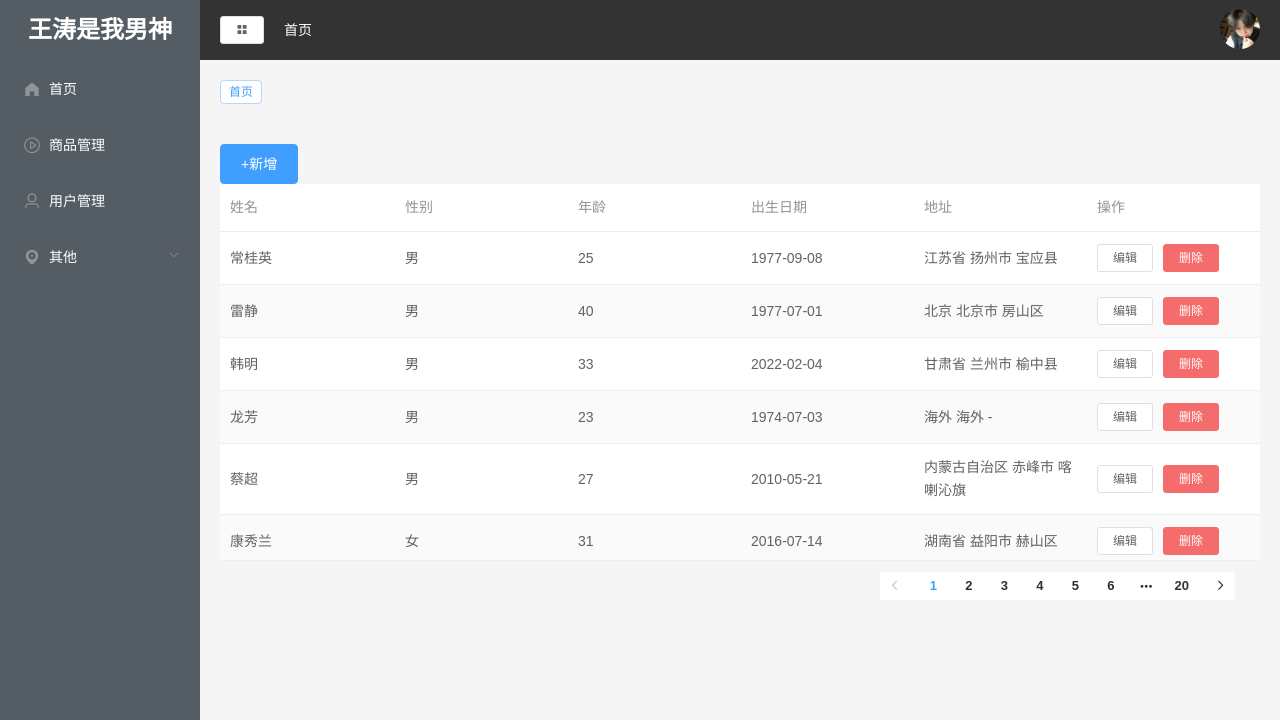
Repository: wangtao20230308/-
Page: /user
These files come from the project's save history. The page is drawn as it stood at one moment and after the next save; the edit follows.
The browser window is 1280 px wide. The pictures show the whole page.
The project was rebuilt for these pictures with package versions that can differ from the ones it lists, and the page was loaded fresh each time. Also part of the build but not shown: src/views/Home.vue, src/views/Mall.vue, src/views/PageOne.vue, src/views/PageTwo.vue.

Above is the page before, as saved 2023-03-27 13:44:02.

### src/main.js
import Vue from 'vue'
import App from './App.vue'
// //element-ui全局引入
// import ElementUI from 'element-ui';
// import 'element-ui/lib/theme-chalk/index.css';
// //element-ui转换成一个插件
// Vue.use(ElementUI);

//ele按需导入
import {
  Pagination,
  MessageBox,
  DatePicker,
  Select,
  Option,
  Form,
  FormItem,
  Input,
  Dialog,
  Tag,
  Breadcrumb,
  BreadcrumbItem,
  Table,
  TableColumn,
  Col,
  Row,
  Card,
  Button,
  Radio,
  Container,
  Aside,
  Header,
  Main,
  Menu,
  Submenu,
  MenuItemGroup,
  MenuItem,
  Dropdown,
  DropdownMenu,
  DropdownItem,
} from 'element-ui'
import 'element-ui/lib/theme-chalk/index.css'
import './assets/less/index.less'
Vue.use(Button)
Vue.use(Radio)
Vue.use(Container)
Vue.use(Aside)
Vue.use(Header)
Vue.use(Main)
Vue.use(Menu)
Vue.use(Submenu)
Vue.use(MenuItemGroup)
Vue.use(MenuItem)
Vue.use(Dropdown)
Vue.use(DropdownMenu)
Vue.use(DropdownItem)
Vue.use(Card)
Vue.use(Row)
Vue.use(Col)
Vue.use(Table)
Vue.use(TableColumn)
Vue.use(Breadcrumb)
Vue.use(BreadcrumbItem)
Vue.use(Tag)
Vue.use(Dialog)
Vue.use(Form)
Vue.use(FormItem)
Vue.use(Input)
Vue.use(Select)
Vue.use(Option)
Vue.use(DatePicker)
Vue.use(Pagination)

Vue.component(MessageBox.name, MessageBox) // 全局注册组件， 若使用Vue.use()会再初始时候执行一次，有bug
Vue.prototype.$message = MessageBox // 挂载到vm实例上
Vue.prototype.$confirm = MessageBox // 挂载到vm实例上

//路由引入
import router from './router'
import store from './store'
import './api/mock'

Vue.config.productionTip = false

new Vue({
  router,
  store, //把store挂载到vue实例上
  render: (h) => h(App),
}).$mount('#app')

### src/App.vue
<template>
  <div id="app">
    <router-view></router-view>
  </div>
</template>

<script>
//import HelloWorld from './components/HelloWorld.vue'

export default {
  name: 'App',
  components: {
    //HelloWorld
  },
}
</script>

<style lang="less">
html,
body,
h3,
p {
  padding: 0;
  margin: 0;
}
#app {
  height: 100vh;
}
</style>

### src/router/index.js
//import { hasOwnMetadata } from 'core-js/fn/reflect'
import Vue from 'vue'
import VueRouter from 'vue-router'
import Main from '../views/Main.vue'
import Home from '../views/Home.vue'
import User from '../views/User.vue'
import Mall from '../views/Mall.vue'
import PageOne from '../views/PageOne.vue'
import PageTwo from '../views/PageTwo.vue'

Vue.use(VueRouter)

const routes = [
  //主路由
  {
    path: '/',
    name: 'Main',
    //按需引入组件
    //原型：component: import()
    component: Main,
    redirect: '/home',
    children: [
      //子路由（嵌套路由）
      {
        //首页
        path: 'home',
        name: 'home',
        component: Home,
      },
      {
        //用户页
        path: 'user',
        name: 'user',
        component: User,
      },
      {
        //商品管理
        path: 'mall',
        name: 'mall',
        component: Mall,
      },
      {
        //页面1
        path: 'page1',
        name: 'page1',
        component: PageOne,
      },
      {
        //页面2
        path: 'page2',
        name: 'page2',
        component: PageTwo,
      },
      // {
      //   path: '/user',
      //   name: 'user',
      //   //按需引入组件
      //   //原型：component: import()
      //   component: () => import('../views/User')
      // }
    ],
  },
]

// new VueRouter({
//   mode: 'history',
// })
const router = new VueRouter({
  mode: 'history',
  routes,
})

//导出路由
export default router

### src/store/index.js
import Vue from 'vue'
import Vuex from 'vuex'
import tab from './tab'

//全局注入状态管理vuex
Vue.use(Vuex)

//创建vuex的实例
export default new Vuex.Store({
  modules: {
    tab,
  },
})

### src/api/mock.js
import Mock from 'mockjs'
import homeApi from './mockServeData/home'
import user from './mockServeData/user'

//定义mock请求拦截
// Mock.mock('/api/home/getData', 'get', function () {
//   //拦截到请求后的处理逻辑
//   console.log('拦截到了')
//   return 1
// })
Mock.mock('/api/home/getData', 'get', homeApi.getStatisticalData)

//用户列表的数据
Mock.mock('/api/user/add', 'post', user.createUser) //新增
Mock.mock('/api/user/edit', 'post', user.updateUser) //编辑
Mock.mock('/api/user/del', 'post', user.deleteUser) //删除
Mock.mock(/api\/user\/getUser/, 'get', user.getUserList) //获取表格数据

### src/assets/less/home.less
.home {
    .user {
      display: flex;
      align-items: center;
      padding-bottom: 20px;
      margin-bottom: 20px;
      border-bottom: 1px solid #ccc;
      img {
        width: 150px;
        height: 150px;
        border-radius: 50%;
        margin-right: 40px;
      }
      &info {
        .name {
          font-size: 32px;
          margin-bottom: 10px;
        }
        .access {
          color: #999999;
        }
      }
    }
    .login-info {
      p {
        line-height: 28px;
        font-size: 14px;
        color: #999999;
        span {
          color: #666666;
          margin-left: 60px;
        }
      }
    }
    .num {
      display: flex;
      flex-wrap: wrap;
      justify-content: space-between;
      .el-card {
        width: 32%;
        margin-bottom: 20px;
      }
      .icon {
        font-size: 30px;
        width: 80px;
        height: 80px;
        text-align: center;
        line-height: 80px;
        color: #fff;
      }
      .detail {
        margin-left: 15px;
        display: flex;
        flex-direction: column;
        justify-content: center;
        .num {
          font-size: 30px;
          margin-bottom: 10px;
        }
        .txt {
          font-size: 14px;
          text-align: center;
          color: #999999;
        }
      }
    }
    .graph {
      margin-top: 20px;
      display: flex;
      justify-content: space-between;
      .el-card {
        width: 48%;
      }
    }
  }

### src/views/Main.vue
<template>
  <el-container style="height: 100%">
    <el-aside width="auto">
      <!-- aside -->
      <common-aside></common-aside>
    </el-aside>
    <el-container>
      <el-header>
        <!-- Header -->
        <common-header></common-header>
      </el-header>
      <common-tag />
      <el-main>
        <!-- 路由出口，匹配到的组件都渲染在这里 -->
        <router-view></router-view>
      </el-main>
    </el-container>
  </el-container>
</template>

<script>
import CommonAside from '../components/CommonAside.vue'
import CommonHeader from '../components/CommonHeader.vue'
import commonTag from '../components/commonTag.vue'
export default {
  name: 'Main',
  components: {
    CommonAside,
    CommonHeader,
    commonTag,
  },
  data() {
    return {}
  },
}
</script>

<style lang="less" scoped>
.el-header {
  background-color: #333;
}
// .el-main {
//   padding-top: 0;
// }
</style>

### src/views/User.vue
<template>
  <div class="manage">
    <div>
      <el-dialog title="提示" :visible.sync="dialogVisible" width="50%" :before-close="handleClose">
        <!-- 用户的表单信息 -->
        <el-form ref="form" :model="form" label-width="80px" :inline="true" :rules="rules">
          <el-form-item label="姓名" prop="name">
            <el-input placeholder="请输入姓名" v-model="form.name"></el-input>
          </el-form-item>
          <el-form-item label="年龄" prop="age">
            <el-input placeholder="请输入年龄" v-model="form.age"></el-input>
          </el-form-item>
          <el-form-item label="性别" prop="sex">
            <el-select v-model="form.sex" placeholder="请选择">
              <el-option label="男" :value="1"></el-option>
              <el-option label="女" :value="0"></el-option>
            </el-select>
          </el-form-item>
          <el-form-item label="出生日期" prop="birth">
            <el-date-picker v-model="form.birth" type="datetime" placeholder="选择日期时间" value-format="yyyy-DD-MM"> </el-date-picker>
          </el-form-item>
          <el-form-item label="地址" prop="addr">
            <el-input placeholder="请输入地址" v-model="form.addr"></el-input>
          </el-form-item>
        </el-form>
        <span slot="footer" class="dialog-footer">
          <el-button @click="cancel">取 消</el-button>
          <el-button type="primary" @click="submit">确 定</el-button>
        </span>
      </el-dialog>
    </div>
    <div class="manage-header">
      <el-button type="primary" @click="handleAdd">+新增</el-button>
      <!-- form搜索区域 -->
      <el-form :model="serchForm"> </el-form>
    </div>
    <div class="common-table">
      <el-table :data="tableData" style="width: 100%" height="90%" stripe>
        <el-table-column prop="name" label="姓名"> </el-table-column>
        <el-table-column prop="sex" label="性别">
          <template slot-scope="scope">
            <span>{{ scope.row.sex === 1 ? '男' : '女' }}</span>
          </template>
        </el-table-column>
        <el-table-column prop="age" label="年龄"> </el-table-column>
        <el-table-column prop="birth" label="出生日期"> </el-table-column>
        <el-table-column prop="addr" label="地址"> </el-table-column>
        <el-table-column prop="action" label="操作">
          <template slot-scope="scope">
            <el-button size="mini" @click="handleEidt(scope.row)">编辑</el-button>
            <el-button size="mini" type="danger" @click="handleDelete(scope.row)">删除</el-button>
          </template>
        </el-table-column>
      </el-table>
      <div class="pager">
        <el-pagination layout="prev, pager, next" :total="total" @current-change="handlePage"> </el-pagination>
      </div>
    </div>
  </div>
</template>
<script>
import { getUser, addUser, editUser, delUser } from '../api'
export default {
  name: 'User',
  data() {
    return {
      dialogVisible: false,
      form: {
        name: '',
        age: '',
        sex: '',
        birth: '',
        addr: '',
      },
      rules: {
        name: [{ required: true, message: '请输入姓名', trigger: 'blur' }],
        age: [{ required: true, message: '请输入年龄', trigger: 'blur' }],
        sex: [{ required: true, message: '请选择性别', trigger: 'blur' }],
        birth: [{ required: true, message: '请输入出生日期', trigger: 'blur' }],
        addr: [{ required: true, message: '请输入地址', trigger: 'blur' }],
      },
      tableData: [],
      modalType: 0, //通过该字段管理弹窗是新增还是删除，0表示新增，1表示删除
      total: 0, //当前总条数，默认为0
      pageData: {
        page: 1,
        limit: 10,
      }, //分页参数
      serchForm: {
        name: '',
      },
    }
  },
  methods: {
    //点击确定，提交用户表单
    submit() {
      this.$refs.form.validate((valid) => {
        //判断是否校验，参数valid为boolean值
        if (valid) {
          //校验成功，后续对表单的处理
          console.log(valid, 'valid')
          console.log(this.form, '拿到表单提交后的form数据')
          if (this.modalType === 0) {
            //如果·为0，调用新增接口addUser
            addUser(this.form).then(() => {
              //重新获取列表数据
              this.getList()
            })
          } else {
            editUser(this.form).then(() => {
              //重新获取列表数据
              this.getList()
            })
          }
          this.$refs.form.resetFields()
          //关闭弹窗
          this.dialogVisible = false
        }
      })
    },
    handleClose() {
      this.$refs.form.resetFields()
      this.dialogVisible = false
    },
    cancel() {
      this.handleClose()
    },
    // cancel() {
    //   this.$refs.form.resetFields()
    //   this.dialogVisible = false
    // },
    handleAdd() {
      this.modalType = 0
      this.dialogVisible = true
    },
    handleEidt(rowData) {
      this.modalType = 1
      console.log(rowData)
      this.dialogVisible = true
      //需要深拷贝，不然会直接修改会改变tableData里面的数据，会报错
      this.form = JSON.parse(JSON.stringify(rowData))
    },
    handleDelete(rowData) {
      console.log(rowData)
      this.$confirm('此操作将永久删除该文件, 是否继续?', '提示', {
        confirmButtonText: '确定',
        cancelButtonText: '取消',
        type: 'warning',
      })
        .then(() => {
          delUser({ id: rowData.id }).then(() => {
            this.$message({
              type: 'success',
              message: '删除成功!',
            })
            //重新获取列表数据
            this.getList()
          })
        })
        .catch(() => {
          this.$message({
            type: 'info',
            message: '已取消删除',
          })
        })
    },
    //选择页码回调,val是获取的页码值1、2、3、4、5....
    handlePage(val) {
      console.log(val, 'val')
      this.pageData.page = val
      this.getList()
    },
    //公共，获取列表数据
    getList() {
      // 获取列表数据
      getUser({ params: this.pageData }).then(({ data }) => {
        console.log(data, 'data')
        this.tableData = data.list
        this.total = data.count || 0
      })
    },
  },
  mounted() {
    //每次加载重新刷新列表数据
    this.getList()
  },
}
</script>

<style lang="less" scoped>
.manage {
  height: 90%;
  .common-table {
    position: relative;
    height: calc(100% - 62px);
    .pager {
      position: absolute;
      bottom: 0;
      right: 20px;
    }
  }
}
</style>

### src/store/tab.js
//用来管理菜单的数据
export default {
  state: {
    isCollapse: false, // 控制菜单的展开还是收起
    tabsList: [
      {
        path: '/',
        name: 'home',
        label: '首页',
        icon: 's-home',
        url: 'Home/Home',
      },
    ], //面包屑数据
  },
  mutations: {
    //修改菜单展开收起的方法
    collapseMenu(state) {
      state.isCollapse = !state.isCollapse
    },
    //更新面包屑数据
    selectMenu(state, val) {
      //判断添加的数据是否为首页
      if (val.name !== 'home') {
        const index = state.tabsList.findIndex((item) => item.name === val.name)
        //如果不存在
        if (index === -1) {
          state.tabsList.push(val)
        }
      }
    },
    //删除指定的tag数据
    closeTag(state, item) {
      console.log(item, 'item')
      const index = state.tabsList.findIndex((val) => val.name === item.name)
      state.tabsList.splice(index, 1)
    },
  },
}

### src/api/mockServeData/home.js
// mock数据模拟
import Mock from 'mockjs'

// 图表数据
let List = []
export default {
  getStatisticalData: () => {
    //Mock.Random.float 产生随机数100到8000之间 保留小数 最小0位 最大0位
    for (let i = 0; i < 7; i++) {
      List.push(
        Mock.mock({
          苹果: Mock.Random.float(100, 8000, 0, 0),
          vivo: Mock.Random.float(100, 8000, 0, 0),
          oppo: Mock.Random.float(100, 8000, 0, 0),
          魅族: Mock.Random.float(100, 8000, 0, 0),
          三星: Mock.Random.float(100, 8000, 0, 0),
          小米: Mock.Random.float(100, 8000, 0, 0),
        })
      )
    }
    return {
      code: 20000,
      data: {
        // 饼图
        videoData: [
          {
            name: '小米',
            value: 2999,
          },
          {
            name: '苹果',
            value: 5999,
          },
          {
            name: 'vivo',
            value: 1500,
          },
          {
            name: 'oppo',
            value: 1999,
          },
          {
            name: '魅族',
            value: 2200,
          },
          {
            name: '三星',
            value: 4500,
          },
        ],
        // 柱状图
        userData: [
          {
            date: '周一',
            new: 5,
            active: 200,
          },
          {
            date: '周二',
            new: 10,
            active: 500,
          },
          {
            date: '周三',
            new: 12,
            active: 550,
          },
          {
            date: '周四',
            new: 60,
            active: 800,
          },
          {
            date: '周五',
            new: 65,
            active: 550,
          },
          {
            date: '周六',
            new: 53,
            active: 770,
          },
          {
            date: '周日',
            new: 33,
            active: 170,
          },
        ],
        // 折线图
        orderData: {
          date: ['20191001', '20191002', '20191003', '20191004', '20191005', '20191006', '20191007'],
          data: List,
        },
        //表格数据
        tableData: [
          {
            name: 'oppo',
            todayBuy: 500,
            monthBuy: 3500,
            totalBuy: 22000,
          },
          {
            name: 'vivo',
            todayBuy: 300,
            monthBuy: 2200,
            totalBuy: 24000,
          },
          {
            name: '苹果',
            todayBuy: 800,
            monthBuy: 4500,
            totalBuy: 65000,
          },
          {
            name: '小米',
            todayBuy: 1200,
            monthBuy: 6500,
            totalBuy: 45000,
          },
          {
            name: '三星',
            todayBuy: 300,
            monthBuy: 2000,
            totalBuy: 34000,
          },
          {
            name: '魅族',
            todayBuy: 350,
            monthBuy: 3000,
            totalBuy: 22000,
          },
        ],
      },
    }
  },
}

### src/components/CommonAside.vue
<template>
  <el-menu default-active="1-4-1" class="el-menu-vertical-demo" @open="handleOpen" @close="handleClose" :collapse="isCollapse" background-color="#545c64" text-color="#fff" active-text-color="#ffd04b">
    <h3>{{ isCollapse ? '王涛' : '王涛是我男神' }}</h3>
    <el-menu-item @click="clickMenu(item)" v-for="item in noChildrenMenu" :key="item.name" :index="item.name">
      <i :class="`el-icon-${item.icon}`"></i>
      <span slot="title">{{ item.label }}</span>
    </el-menu-item>
    <el-submenu v-for="item in hasChildrenMenu" :key="item.label" :index="item.label">
      <template slot="title">
        <i :class="`el-icon-${item.icon}`"></i>
        <span slot="title">{{ item.label }}</span>
      </template>
      <el-menu-item-group v-for="subItem in item.children" :key="subItem.path">
        <el-menu-item @click="clickMenu(subItem)" :index="subItem.path">{{ subItem.label }}</el-menu-item>
      </el-menu-item-group>
    </el-submenu>
  </el-menu>
</template>

<style lang="less">
.el-menu-vertical-demo:not(.el-menu--collapse) {
  width: 200px;
  min-height: 400px;
}
.el-menu {
  height: 100vh;
  border-right: none;
  h3 {
    color: #fff;
    // height: 48px;
    text-align: center;
    line-height: 60px;
    font-size: 24px;
    font-weight: 700;
    //喜欢哈哈哈
  }
}
</style>

<script>
export default {
  data() {
    return {
      // isCollapse: false,
      menuData: [
        {
          path: '/',
          name: 'home',
          label: '首页',
          icon: 's-home',
          url: 'Home/Home',
        },
        {
          path: '/mall',
          name: 'mall',
          label: '商品管理',
          icon: 'video-play',
          url: 'MallManage/MallManage',
        },
        {
          path: '/user',
          name: 'user',
          label: '用户管理',
          icon: 'user',
          url: 'UserManage/UserManage',
        },
        {
          label: '其他',
          icon: 'location',
          children: [
            {
              path: '/page1',
              name: 'page1',
              label: '页面1',
              icon: 'setting',
              url: 'Other/PageOne',
            },
            {
              path: '/page2',
              name: 'page2',
              label: '页面2',
              icon: 'setting',
              url: 'Other/PageTwo',
            },
          ],
        },
      ],
    }
  },
  methods: {
    handleOpen(key, keyPath) {
      console.log(key, keyPath)
    },
    handleClose(key, keyPath) {
      console.log(key, keyPath)
    },
    clickMenu(item) {
      console.log('======', item)
      if (this.$route.path !== item.path && !(this.$route.path === '/home' && item.path === '/')) this.$router.push(item.path)
      this.$store.commit('selectMenu', item)
    },
  },
  computed: {
    //没有子菜单的导航栏
    noChildrenMenu() {
      return this.menuData.filter((item) => !item.children)
    },
    //有子菜单的导航栏-->其他
    hasChildrenMenu() {
      return this.menuData.filter((item) => item.children)
    },
    isCollapse() {
      return this.$store.state.tab.isCollapse
    },
  },
}
</script>

### src/components/CommonHeader.vue
<template>
  <header>
    <div class="l-content">
      <el-button plain icon="el-icon-menu" size="mini" @click="handleMenu"></el-button>
      <!-- 面包屑 -->
      <el-breadcrumb separator="/">
        <el-breadcrumb-item v-for="item in tags" :key="item.path" :to="{ path: item.path }">{{ item.label }}</el-breadcrumb-item>
      </el-breadcrumb>
    </div>
    <div class="r-content">
      <el-dropdown trigger="click" size="mini">
        <span>
          <img class="user" :src="userImg" />
        </span>
        <el-dropdown-menu slot="dropdown">
          <el-dropdown-item>个人中心</el-dropdown-item>
          <el-dropdown-item>退出</el-dropdown-item>
        </el-dropdown-menu>
      </el-dropdown>
    </div>
  </header>
</template>

<script>
import { mapState } from 'vuex'
export default {
  name: 'CommonHeader',
  data() {
    return {
      userImg: require('../assets/images/user.png'),
    }
  },
  methods: {
    handleMenu() {
      this.$store.commit('collapseMenu')
    },
  },
  computed: {
    ...mapState({
      tags: (state) => state.tab.tabsList,
    }),
  },
}
</script>

<style lang="less" scoped>
header {
  display: flex;
  height: 100%;
  justify-content: space-between;
  align-items: center;
}
.l-content {
  display: flex;
  align-items: center;
  .el-button {
    margin-right: 20px;
  }
  /deep/ .el-breadcrumb__item {
    .el-breadcrumb__inner {
      font-style: normal;
      &.is-link {
        color: #666;
      }
    }
    &:last-child {
      .el-breadcrumb__inner {
        color: #fff;
      }
    }
  }
}
.r-content {
  .user {
    width: 40px;
    height: 40px;
    border-radius: 50%;
  }
}
</style>

### src/components/commonTag.vue
<template>
  <div class="tabs">
    <el-tag v-for="(item, index) in tags" :key="item.path" :effect="$route.name === item.name ? 'dark' : 'plain'" :closable="item.name !== 'home'" @click="changeMenu(item)" @close="handleClose(item, index)" size="small">
      {{ item.label }}
    </el-tag>
  </div>
</template>

<script>
import { mapState, mapMutations } from 'vuex'
export default {
  name: 'CommonTag',
  data() {
    return {}
  },
  computed: {
    ...mapState({
      tags: (state) => state.tab.tabsList,
    }),
  },
  methods: {
    ...mapMutations(['closeTag']),
    //点击tag跳转的功能
    changeMenu(item) {
      this.$router.push({ name: item.name })
    },
    //点击tag删除的功能
    handleClose(item, index) {
      // 调用store中的mutations
      this.closeTag(item)
      const length = this.tags.length
      //删除之后的跳转逻辑，1.删除非激活标签
      if (item.name !== this.$route.name) {
        return
      }
      //2.表示删除的最后一项激活标签
      if (index === length) {
        this.$router.push({ name: this.tags[index - 1].name })
      } else {
        this.$router.push({ name: this.tags[index].name })
      }
    },
  },
}
</script>

<style lang="less" scoped>
.tabs {
  padding: 20px;
  .el-tag {
    margin-right: 15px;
    cursor: pointer;
  }
}
</style>

### src/api/index.js
import http from '../utils/requst'

//请求首页数据
export const getData = () => {
  //返回一个promise对象,/home/getData这个链接由后端提供的get(请求链接，请求参数)
  return http.get('/home/getData')
}

//获取用户user页的列表、新增、编辑、删除数据
export const getUser = (params) => {
  return http.get('/user/getUser', params)
}

export const addUser = (data) => {
  return http.post('/user/add', data)
}

export const editUser = (data) => {
  return http.post('/user/edit', data)
}

export const delUser = (data) => {
  return http.post('/user/del', data)
}

### src/utils/requst.js
// axios的二次封装
import axios from 'axios'

//创建实列
const http = axios.create({
  //通用请求地址的前缀
  baseURL: '/api',
  //超时时间，就是最大的请求时间是多少
  timeout: 10000,
})

// 从axios中文官方文档直接copy，添加请求拦截器
http.interceptors.request.use(
  function (config) {
    // 在发送请求之前做些什么
    return config
  },
  function (error) {
    // 对请求错误做些什么
    return Promise.reject(error)
  }
)

// 添加响应拦截器
http.interceptors.response.use(
  function (response) {
    // 对响应数据做点什么
    return response
  },
  function (error) {
    // 对响应错误做点什么
    return Promise.reject(error)
  }
)

export default http

Loaded but not shown: public/index.html (common file); src/assets/less/index.less (common file); src/assets/less/common.less (common file); src/assets/less/reset.less (common file); src/api/mockServeData/user.js (133 lines, source omitted)

After the next save:
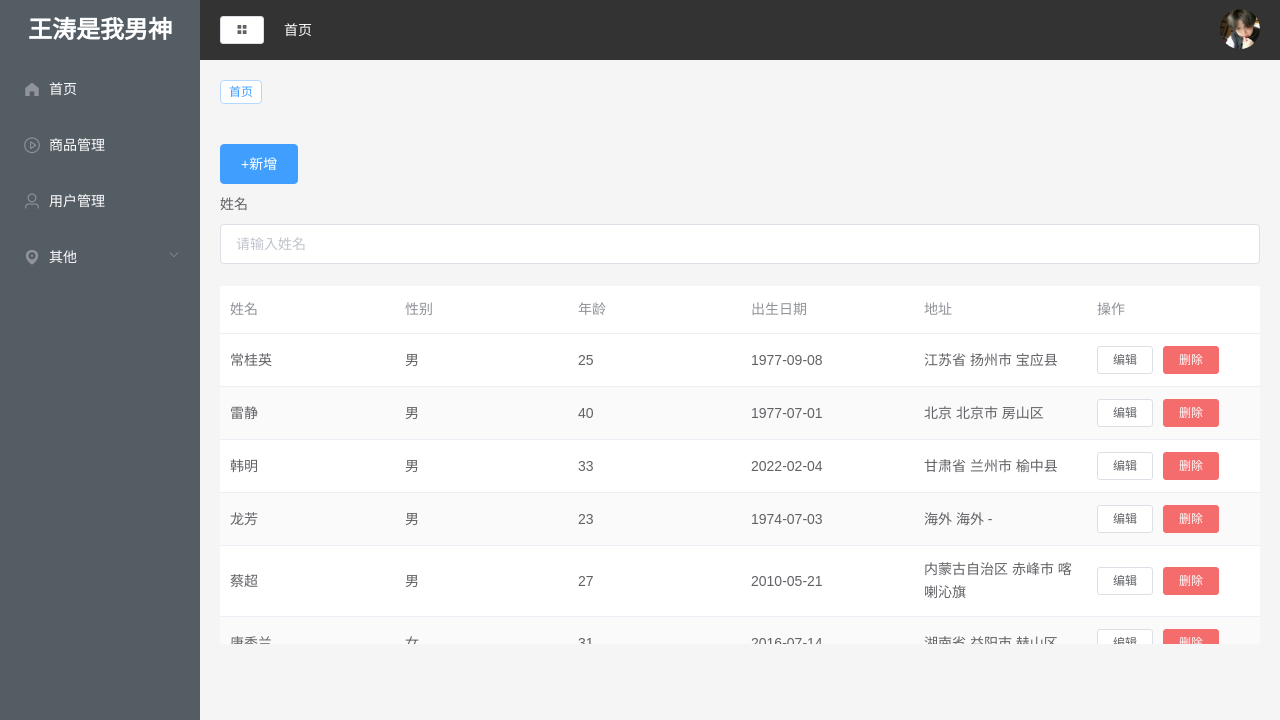
Saved 48 s later.
--- a/src/views/User.vue
+++ b/src/views/User.vue
@@ -32,7 +32,10 @@
     <div class="manage-header">
       <el-button type="primary" @click="handleAdd">+新增</el-button>
       <!-- form搜索区域 -->
-      <el-form :model="serchForm"> </el-form>
+      <el-form :model="serchForm">
+        <el-form-item label="姓名" prop="name">
+          <el-input placeholder="请输入姓名" v-model="form.name"></el-input> </el-form-item
+      ></el-form>
     </div>
     <div class="common-table">
       <el-table :data="tableData" style="width: 100%" height="90%" stripe>
